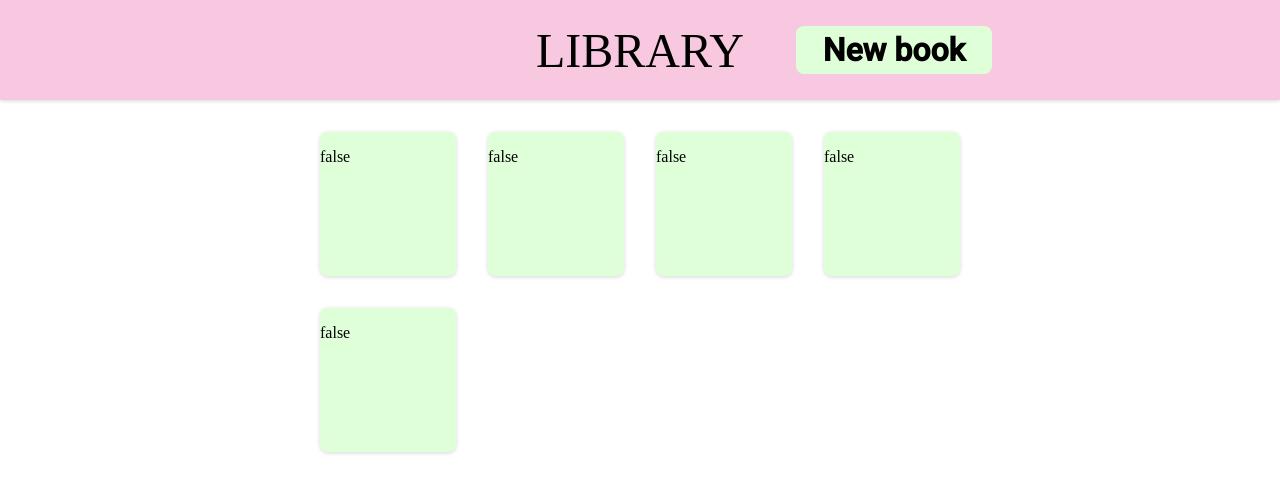
Repository: yeetzpxoci/library
Page: index.html
An editor plug-in stored every save of this project. The page is shown before and after the next save, followed by the edit.
The browser window is 1280 px wide. The pictures show the whole page.
Some web fonts or font styles are not loaded; a fallback is used.

Above is the page before, as saved 2023-02-21 15:29:27.

### index.html
<!DOCTYPE html>
<html lang="en">
<head>
    <meta charset="UTF-8">
    <meta http-equiv="X-UA-Compatible" content="IE=edge">
    <meta name="viewport" content="width=device-width, initial-scale=1.0">
    <title>Library</title>
    <link rel="stylesheet" href="styles.css">
    <link rel="preconnect" href="https://fonts.googleapis.com">
    <link rel="preconnect" href="https://fonts.gstatic.com" crossorigin>
    <link href="https://fonts.googleapis.com/css2?family=Roboto:wght@500&display=swap" rel="stylesheet">
    <link href="https://fonts.googleapis.com/css2?family=Gloock&display=swap" rel="stylesheet">
</head>
<body>
    <div class="header">
        <p></p>
        <p>LIBRARY</p>
        <button onclick="addBookToLibrary()" id="addBook">New book</button>
    </div>

    <form>
        <fieldset>
            <label for="title">Title</label>
            <input type="text" name="title" id="title">
            <label for="author">Author</label>
            <input type="text" name="author" id="author">
            <label for="pages">Pages</label>
            <input type="number" name="pages" id="pages">
            <label for="read">Have you read the book?</label>
            <input type="checkbox" name="read" id="read">
        </fieldset>
    </form>

    <div id="cards">

    </div>
<script src="script.js"></script>
</body>
</html>

### styles.css
html, body {
    margin: 0;
    padding: 0;
}

body {
    display: flex;
    flex-direction: column;
    align-items: center;
    min-height: 100vh;
    background-color: white;
}

.header {
    display: flex;
    align-items: center;
    justify-content: center;
    width: 100%;
    height: 100px;
    background-color: #F7C8E0;
    box-shadow: rgba(0, 0, 0, 0.16) 0px 1px 4px;
}

.header p {
    font-family: 'Gloock', serif;
    font-size: 48px;
}

#addBook {
    position: absolute;
    right: 288px;
    font-size: 32px;
    font-family: 'Roboto', sans-serif;
    font-weight: bold;
    background-color: #DFFFD8;
    height: 48px;
    width:196px;
    border-radius: 8px;
    border-width: 0px;
}

#cards {
    display: grid;
    width: 50%;
    grid-template-columns: 1fr 1fr 1fr 1fr;
    gap: 32px;
    margin-top: 32px;
}

.card {
    width: 100%;
    height: 144px;
    background-color: #DFFFD8;
    border-radius: 8px;
    border-width: 0px;
    align-self: center;
    justify-self: center;
    box-shadow: rgba(0, 0, 0, 0.16) 0px 1px 4px;
}

form {
    display: none;
}

### script.js
const title = document.getElementById("title").value
const author = document.getElementById("author").value
const pages = document.getElementById("pages").value
const read = document.getElementById("read").checked
const cards = document.getElementById("cards")

let myLibrary = [];

function Book(title, author, pages, read) {
    this.title = title;
    this.author = author;
    this.pages = pages;
    this.read = read;
    this.info = function () {
        return title + " by " + author + ", " + String(pages) + " pages, not read yet"
    }
}

function addBookToLibrary() {
    let book = new Book(title, author, pages, read);
    myLibrary.push(book);
    console.log(myLibrary.length)
}

function addBookInfo(div) {
    const newTitle = document.createElement("p");
    newTitle.innerHTML = title;
    const newAuthor = document.createElement("p");
    newAuthor.innerHTML = author;
    const newPages = document.createElement("p");
    newPages.innerHTML = pages;
    const newRead = document.createElement("p");
    newRead.innerHTML = read;
    div.appendChild(newTitle);
    div.appendChild(newAuthor);
    div.appendChild(newPages);
    div.appendChild(newRead);
}

function displayBooks() {
    for (let i = 0; i < myLibrary.length; i++) {
        const newDiv = document.createElement("div");
        newDiv.setAttribute("class", "card");
        addBookInfo(newDiv);
        cards.appendChild(newDiv);
    }
}

let book1 = new Book("htomi" , "hs", 23, true);
let book2 = new Book("yeet", "asd", 65, false);
let book3 = new Book("smth", "bsdf", 1, true);
let book4 = new Book("smth", "bsdf", 1, true);
let book5 = new Book("smth", "bsdf", 1, true);
myLibrary.push(book1, book2, book3, book4, book5);
displayBooks();

After the next save:
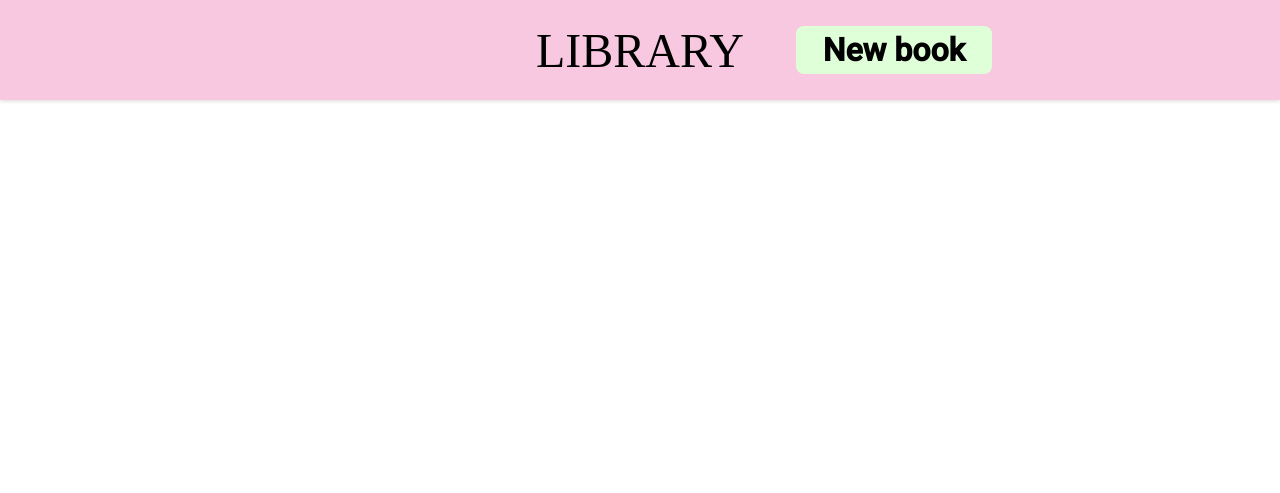
Console error: TypeError: Cannot read properties of undefined (reading 'title')
Saved 89 s later.
--- a/script.js
+++ b/script.js
@@ -22,15 +22,15 @@ function addBookToLibrary() {
     console.log(myLibrary.length)
 }
 
-function addBookInfo(div) {
+function addBookInfo(div, book) {
     const newTitle = document.createElement("p");
-    newTitle.innerHTML = title;
+    newTitle.inner = book.title;
     const newAuthor = document.createElement("p");
-    newAuthor.innerHTML = author;
+    newAuthor.innerHTML = book.author;
     const newPages = document.createElement("p");
-    newPages.innerHTML = pages;
+    newPages.innerHTML = book.pages;
     const newRead = document.createElement("p");
-    newRead.innerHTML = read;
+    newRead.innerHTML = book.read;
     div.appendChild(newTitle);
     div.appendChild(newAuthor);
     div.appendChild(newPages);

After the save that followed:
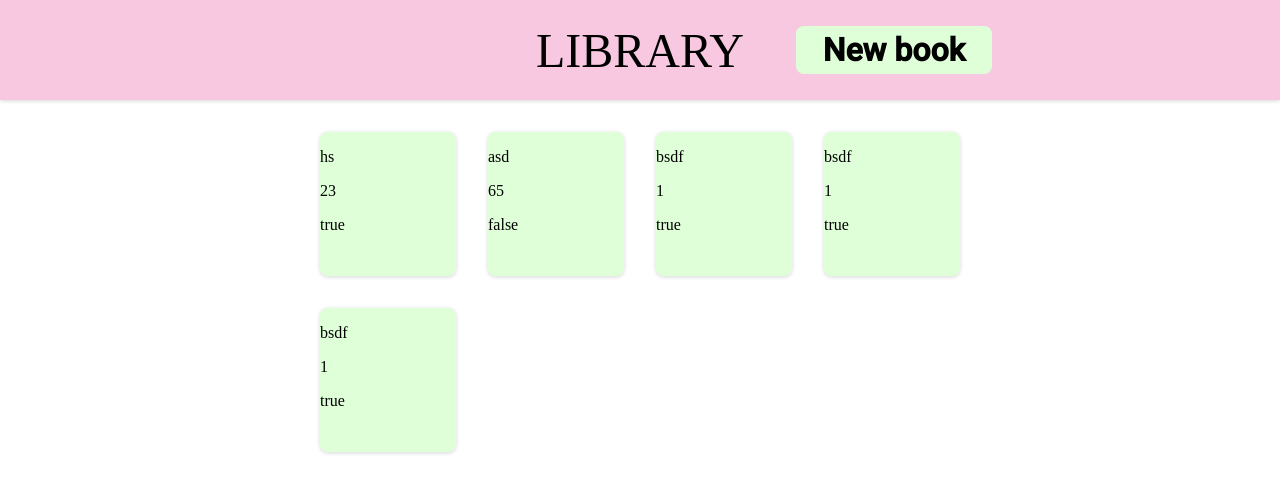
The error is gone.
Saved 8 s later.
--- a/script.js
+++ b/script.js
@@ -41,7 +41,7 @@ function displayBooks() {
     for (let i = 0; i < myLibrary.length; i++) {
         const newDiv = document.createElement("div");
         newDiv.setAttribute("class", "card");
-        addBookInfo(newDiv);
+        addBookInfo(newDiv, myLibrary[i]);
         cards.appendChild(newDiv);
     }
 }
